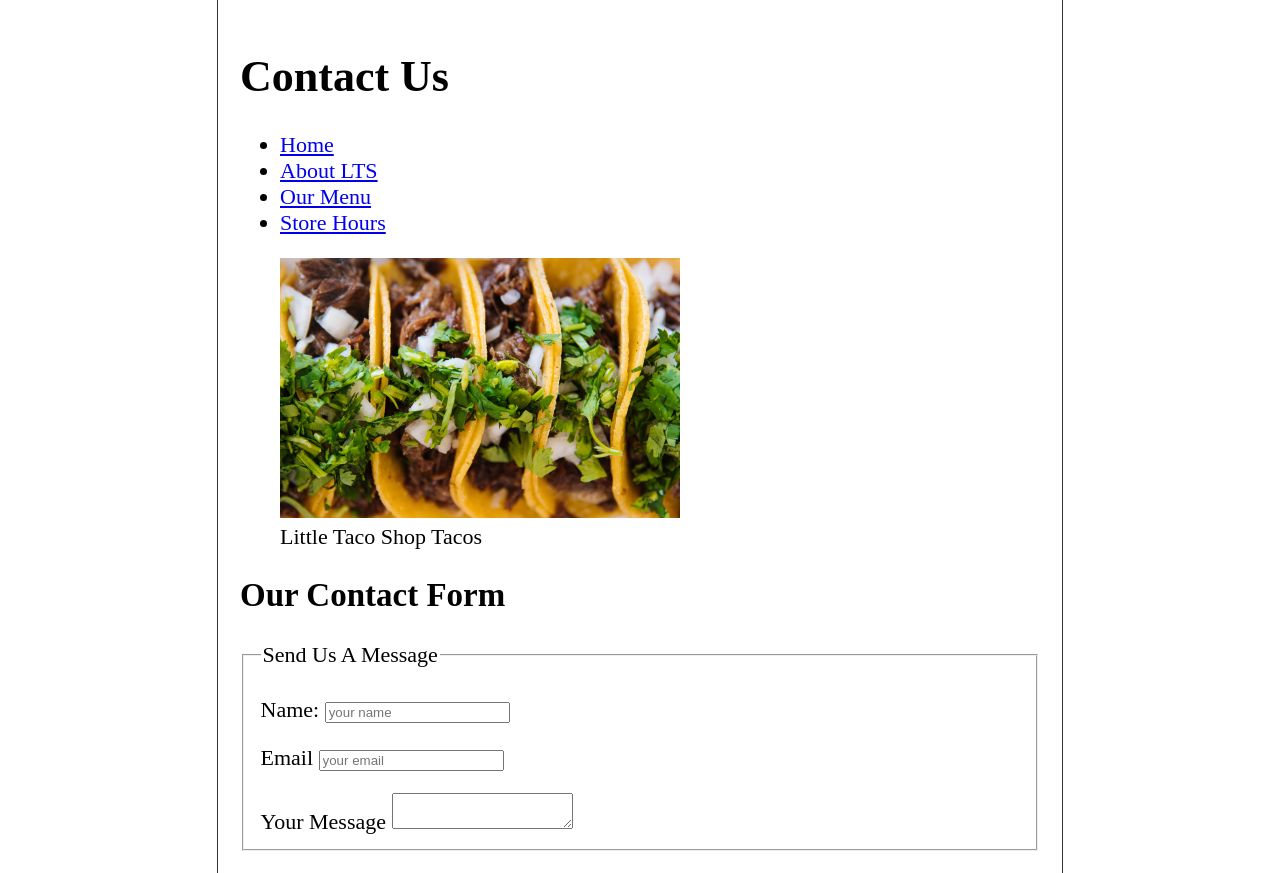
Repository: Israa-Odeh/html-basics-project
Page: contact.html
An editor plug-in stored every save of this project. The page is shown before and after a run of saves, followed by the edit.
The browser window is 1280 px wide. The pictures show the whole page.

Above is the page before, as saved 2024-08-20 03:07:01.

### contact.html
<!DOCTYPE html>
<html>

<head>
    <meta charset="UTF-8">
    <meta name="author" content="Israa Odeh">
    <meta name="description"
        content="Get in touch with Little Taco Shop! Visit our Contact Us page for our phone number, and location details. We are here to help with any questions or feedback.">
    <title>Contact Us - LTS</title>
    <link rel="icon" href="favicon.ico" type="image/x-icon">
    <link rel="stylesheet" href="css/style.css">
</head>

<body>
    <header>
        <h1>Contact Us</h1>
        <nav>
            <ul>
                <li>
                    <a href="index.html">Home</a>
                </li>
                <li>
                    <a href="index.html#about">About LTS</a>
                </li>
                <li>
                    <a href="index.html#menu">Our Menu</a>
                </li>
                <li>
                    <a href="hours.html">Store Hours</a>
                </li>
            </ul>
        </nav>
        <figure>
            <img src="img/tacos_close_up_400x260.png"
                alt="Close-up of a taco topped with fresh onions and vibrant parsley." width="400" height="260">
            <figcaption>Little Taco Shop Tacos</figcaption>
        </figure>
    </header>

    <main>
        <h2>Our Contact Form</h2>
        <form action="https://httpbin.org/post" method="post">
            <fieldset>
                <legend>Send Us A Message</legend>
                <p>
                    <label for="name">Name:</label>
                    <input type="text" id="name" name="name" placeholder="your name" required autocomplete="name">
                </p>
                <p>
                    <label for="email">Email</label>
                    <input type="email" id="email" name="email" placeholder="your email" required autocomplete="email">
                </p>
                <p> </p>Your Message
                    <textarea name="messgae" id="message"></textarea>
            </fieldset>
        </form>

    </main>

    <footer>

    </footer>

</body>

</html>

Loaded but not shown: css/style.css (common file)

After the next 2 saves:
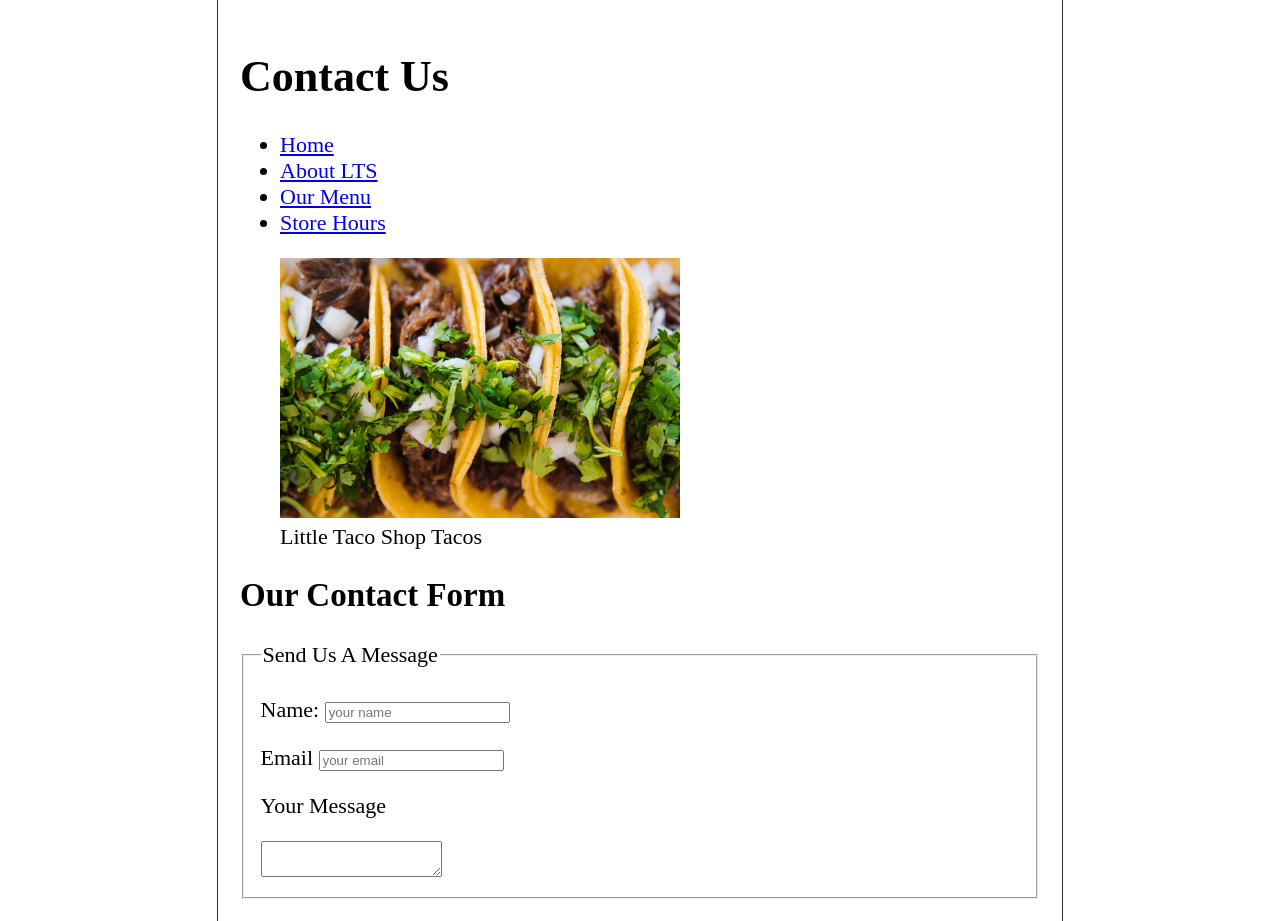
The 2 saves are shown as one change because they came seconds apart.
The last was saved 6 s later.
--- a/contact.html
+++ b/contact.html
@@ -50,8 +50,8 @@
                     <label for="email">Email</label>
                     <input type="email" id="email" name="email" placeholder="your email" required autocomplete="email">
                 </p>
-                <p> </p>Your Message
-                    <textarea name="messgae" id="message"></textarea>
+                <p>Your Message</p>
+                <textarea name="messgae" id="message"></textarea>
             </fieldset>
         </form>
 
